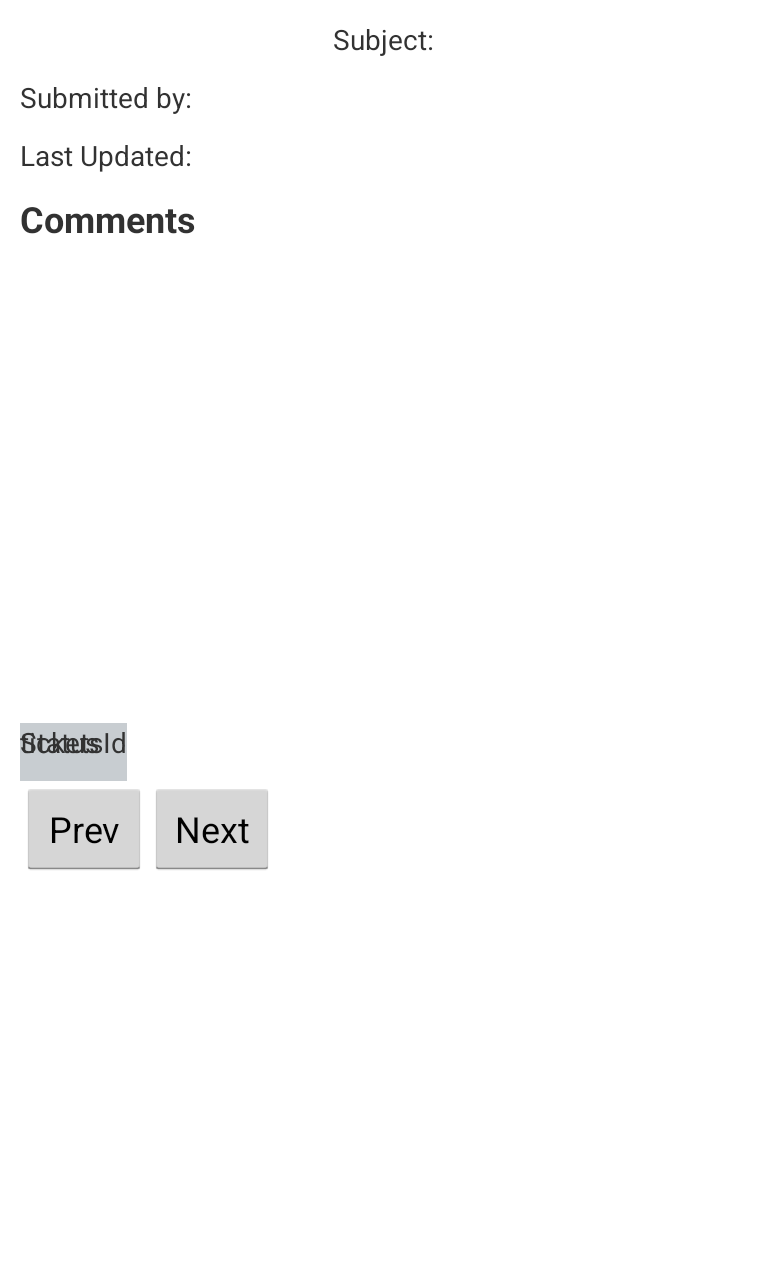
Repository: Pradeep-appstute/First
Layout: Control/res/layout/ticketdetails_view.xml
These files come from the project's save history. The layout is drawn as it stood at one moment and after the next save; the edit follows.
It is drawn on a 768 x 1280 px phone screen (xhdpi) without system bars, with theme AppTheme; the app's code is not run. Lists and similar views that code fills are empty.

Above is the layout before, as saved 2014-02-28 09:54:42.

After the next save:
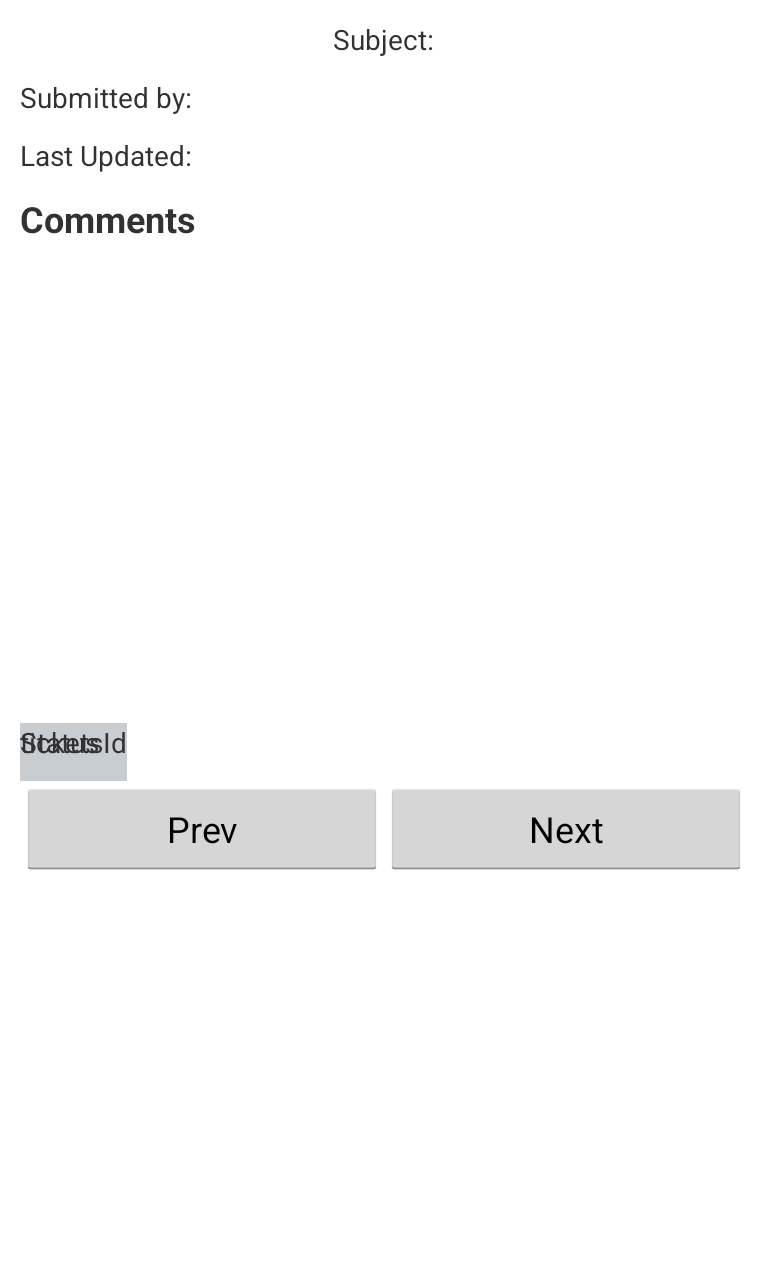
Saved 2 min 23 s later.
--- a/Control/res/layout/ticketdetails_view.xml
+++ b/Control/res/layout/ticketdetails_view.xml
@@ -124,14 +124,17 @@
         android:orientation="horizontal" >
 
         <Button
-            android:layout_width="wrap_content"
+            android:layout_width="fill_parent"
             android:layout_height="wrap_content"
-            android:text="@string/ticketdetails_prev" />
+            android:text="@string/ticketdetails_prev"
+            android:layout_weight="1"
+            />
 
         <Button
             android:id="@+id/textViewSubmittedByValue"
-            android:layout_width="wrap_content"
+            android:layout_width="fill_parent"
             android:layout_height="wrap_content"
+            android:layout_weight="1"
             android:text="@string/ticketdetails_next" />
     </LinearLayout>
 
